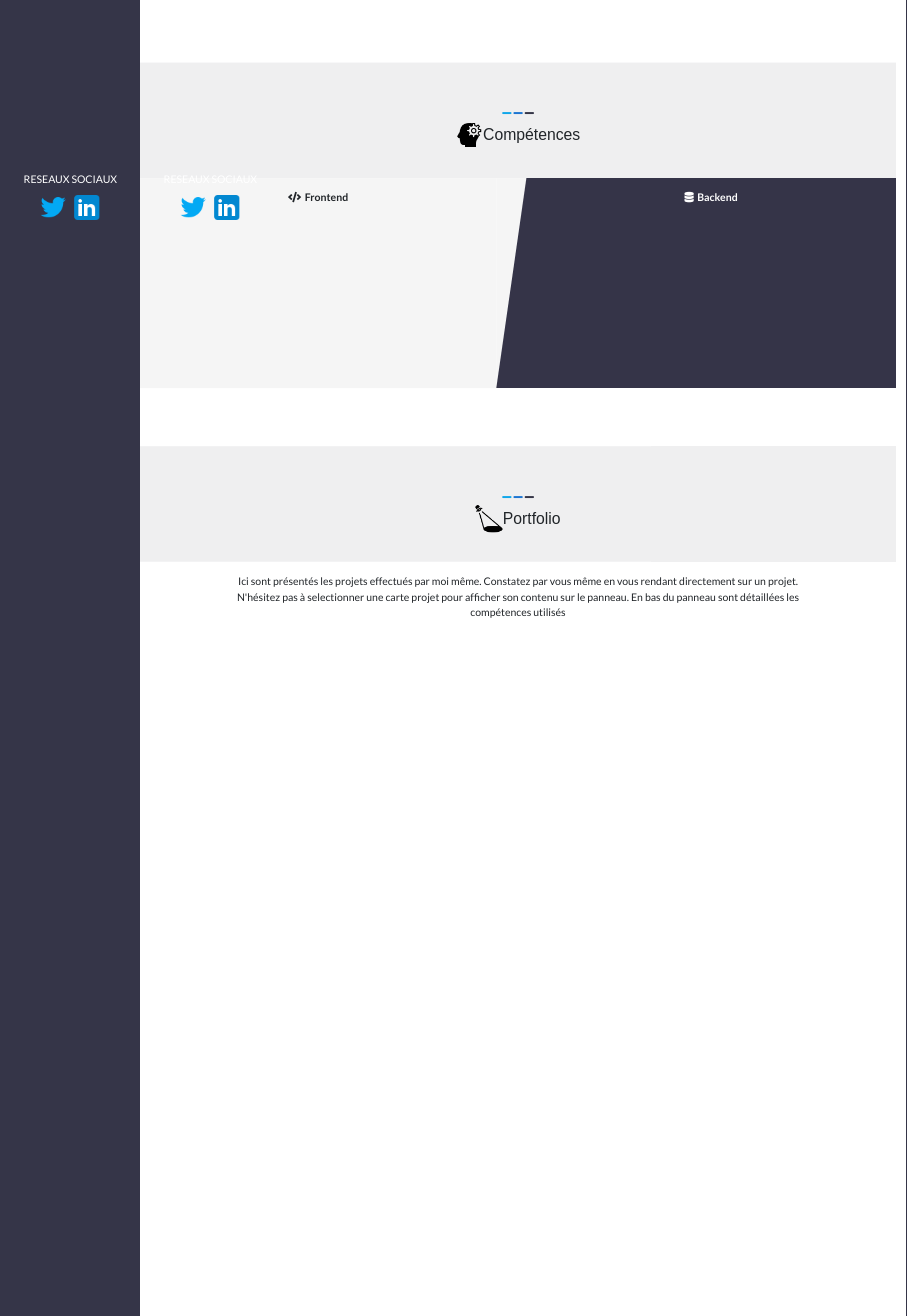
Repository: Nicolas-al/alliaumen
Page: templates/main/index.html.twig
An editor plug-in stored every save of this project. The page is shown before and after the next save, followed by the edit.
The browser window is 1280 px wide. The page is 1295 px wide, so the pictures cover 1295 px, including what lies to the right of the window. The pictures show the part of the page from y = 359 to 2239 px (the page is 3258 px tall before and 3063 px after), at 70% of full size.
Some web fonts or font styles are not loaded; a fallback is used. Some web libraries are served in a nearby version. The page is a Twig template of a Symfony application; nobody is signed in and links lead nowhere. Other server files are loaded and not shown. The template is opened directly, without the code that normally fills it, so the values that code supplies are empty.

Above is the page before, as saved 2020-10-10 17:29:37.

### templates/main/index.html.twig
{% extends 'base.html.twig' %}


{% block body %}
    <div class="wrapper">
        <nav id="sidebar">
        {% include 'main/aside.html.twig' %}
        </nav>
        <div class="content">
            <div class="col-lg-12 mt-5" id="header">
                    <div class="row">
                        <div class="col-lg-3 col-sm-3 offset-md-1" id="block_photo">
                            <img src="{{ asset('images/29273464-photo-de-profil-avatar.jpg') }}" alt="image de profil" style="width : inherit">
                        </div>
                        <div class="col-lg-8 col-sm-8" id="block_profil">
                            <div class="text-center d-flex" id="profil">
                                <div class="block-down">
                                    <i class="fas fa-angle-double-down double-down"></i>
                                </div>
                                <div class="from-center">Mon profil</div>
                            </div>
                            <ul class="list-group list-group-flush" id="profil_panel">
                                <li class="list-group-item">Diplôme : Master Sociologie Rennes 2</li>
                                <li class="list-group-item list-group-item-secondary">Age : 29</li>
                                <li class="list-group-item">Formation Web : Openclassroom</li>
                                <li class="list-group-item list-group-item-secondary">Intitulé : Developpeur Web Junior</li>
                                <li class="list-group-item">Parcours : Virage à 180, non pas par dégoût bien au contraire, j'ai acquis des connaisances importantes. J'ai découvert ce domaine et voyez la suite de ce site par vous même. </li>
                            </ul>
                        </div>
                    </div>
            </div>
            <div id="block_competences">
                    <div class="block_title">
                        <div class="title_elmt">
                            <div class="minus_block">
                                <i class="fas fa-minus minus_one"></i>
                                <i class="fas fa-minus minus_two"></i>
                                <i class="fas fa-minus minus_three"></i>
                            </div>
                            <div class="title">
                                <img src="{{ asset('images/icons/icon-skills.png') }}" alt="icon d'une tête d'humain" class="" />
                                <h4>Compétences</h4>
                            </div>
                        </div>
                    </div>

                    <div id="skills">
                        <div class="h-50" id="front">
                            <div class="skills col-lg-12">
                                <div class="row h-100">
                                    <div class="col-lg-12 d-flex mt-2 justify-content-center skills-title">
                                        <i class="fas fa-code"></i>
                                        <p class="align-title"><strong>Frontend</strong></p>
                                    </div>
                                    <div class="col-lg-12 mt-2" id="text_black">
                                        <div class="row text-center">
                                        {% for skill in skills %}
                                            {% if skill.type == "Frontend" %}
                                                <div class="col-lg-4 col-sm-4 logo-skills">
                                                {% if skill.logo %}
                                                    <img src="{{ vich_uploader_asset( skill, 'logoFile') | imagine_filter('small_thumb')}}" alt="">
                                                {% endif %}
                                                    <p> {{ skill.name }} </p>
                                                </div>
                                            {% endif %}
                                        {% endfor %}
                                        </div>
                                    </div>
                                </div>
                            </div>
                        </div>
                        <div class="h-50" id="back">
                            <div class="skills col-lg-12">
                                <div class="row h-100">
                                    <div class="col-lg-12 d-flex justify-content-center mt-2 skills-title">
                                        <i class="fas fa-database text-white"></i>
                                        <p class="align-title text-white"><strong>Backend</strong></p>
                                    </div>
                                    <div class="col-lg-12 mt-2 text-white" id="text_white">
                                        <div class="row text-center">
                                            {% for skill in skills %}
                                                {% if skill.type == "Backend" %}
                                                    <div class="col-lg-4 col-sm-4 logo-skills" >
                                                    {% if skill.logo %}
                                                        <img src="{{ vich_uploader_asset( skill, 'logoFile') | imagine_filter('small_thumb')}}" alt="">
                                                    {% endif %}
                                                        <p> {{ skill.name }} </p>
                                                    </div>
                                                {% endif %}
                                            {% endfor %}
                                        </div>
                                    </div>
                                </div>
                            </div>
                        </div>
                    </div>
            </div>
            <div class="mt-5" id="block_portfolio">

                <div class="col-lg-12 block_title mb-3">
                    <div class="title_elmt">
                        <div class="minus_block">
                            <i class="fas fa-minus minus_one"></i>
                            <i class="fas fa-minus minus_two"></i>
                            <i class="fas fa-minus minus_three"></i>
                        </div>
                        <div class="title">
                            <img src="{{ asset('images/icons/icon-portfolio.png') }}" alt="lampe qui éclair" class="" />
                            <h4>Portfolio</h4>
                        </div>
                    </div>
                </div>
                <div class="offset-lg-1 col-lg-10 offset-sm-1 col-sm-10" id="para_portfolio">
                    <p> Ici sont présentés les projets effectués par moi même. Constatez par vous même en vous rendant directement sur un projet. N'hésitez pas à selectionner une carte projet pour afficher son contenu sur le panneau. En bas du panneau sont détaillées les compétences utilisés</p>
                </div>
                <div class="d-flex m-auto block_slides">

                    {% for project in portfolio %}

                    <div class="panel_project">
                        <div class="description_project">
                            <div class="">
                                <div class="col-lg-12">
                                    <h4>{{ project.title }}</h4>
                                </div>
                                <div class="col-lg-12">
                                    <p> {{ project.description }}</p>
                                </div>
                            </div>
                        </div>
                        <div class="project">
                            <img src="{{ vich_uploader_asset(project, 'imageFile') | imagine_filter('slider_thumb')}}" alt="image projet">
                        </div>
                        <div class="skills_project">
                            <div class="row">
                                <div class="col-lg-12">
                                    <p> <span>Compétences utilisées :</span> {{ project.skills }}</p>
                                </div>
                            </div>
                        </div>
                        <div class="project_link">
                                <a href="{{ path('portfolio', {'id' : project.id})  }}" class="text-white"> voir la page projet </a>
                        </div>
                    </div>

                    {% endfor %}
                </div>

                <div class="col-lg-12" id="block_project_card">
                    <div class="row" id="projects_cards">

                        {% for project in portfolio %}

                        <div class="project_card">
                            <div class="project_content">
                                <h6> {{ project.title }} </h6>
                                <img src="{{ vich_uploader_asset( project, 'imageFile') | imagine_filter('medium_thumb')}}" alt="">
                                <p> {{ project.description }} </p>
                                <p> {{ project.skills }} </p>
                            </div>
                        </div>

                        {% endfor %}

                    </div>
                </div>
            </div>
            <div id="block_contact">
                <div class="col-lg-12 block_title">
                    <div class="title_elmt">
                        <div class="minus_block">
                            <i class="fas fa-minus minus_one"></i>
                            <i class="fas fa-minus minus_two"></i>
                            <i class="fas fa-minus minus_three"></i>
                        </div>
                        <div class="title">
                            <img src="{{ asset('images/icons/icon-contact-de-messagerie.png') }}" alt="icon d'une tête d'humain" class="" />
                            <h4>Contact</h4>
                        </div>
                    </div>
                </div>
                <div class="col-lg-12 pl-5">

                    <address>
                        <p class="d-inline"> Email : </p>
                        <a href="mailto:alliaume.nicolas@gmail.com">alliaume.nicolas@gmail.com</a><br>
                    </address>
                </div>
                <p class="col-lg-12 pl-5">
                    Laissez moi un message si vous le souhaitez après avoir cliqué sur le bouton ci-dessous.
                </p>
                <div class="col-lg-12 pl-5">
                    <button class="button" id="form_button">
                        <a href="#contact_form" id="form_link" class="font-weight-bold text-white">
                        laisser un message</a>
                    </button>
                </div>

            </div>
            <div>
            {% include 'contact/index.html.twig' %}
            </div>

        </div>
    </div>
    <div>
       {% include 'main/footer.html.twig' %}
    </div>
{% endblock %}


{% block footer %}

{% endblock %}

### templates/base.html.twig
<!DOCTYPE html>
<html>
    <head>
        <lang="fr">
        <meta charset="UTF-8">
        <meta name="viewport" content="width=device-width, initial-scale=1">
        <!-- Open Graph data -->
        <meta name="description" content="Portfolio developpeur Web"/>
        <link rel="canonical" href="http://alliaumen.com/" />
        <meta property="og:locale" content="fr_FR" />
        <meta property="og:type" content="website" />
        <meta property="og:title" content="Portfolio Nicolas-A" />
        <meta property="og:description" content="Portfolio présentant l'ensemble de mes compétences ainsi que les projets effectués dans le Developpement Web" />
        <meta property="og:url" content="http://alliaumen.com/" />
        <meta property="og:site_name" content="Portfolio Nicolas-A" />

        <!-- Twitter cards -->

        <meta name="twitter:card" content="summary_large_image" />
        <meta name="twitter:description" content="Portfolio présentant l'ensemble de mes compétences ainsi que les projets effectués dans le Developpement Web" />
        <meta name="twitter:title" content="Portfolio Nicolas-A | Compétences et projets personnel dans le developpement web" />
        <meta name="twitter:site" content="@PortfolioNA" />
        <meta name="twitter:image" content="https://blog.octopulse.io/wp-content/uploads/2019/05/logo-seul-couleur@2x-e1556899421228.png" />

        <title>{% block title %}Projet5!{% endblock %}</title>
        {% block stylesheets %}
        <link type="text/css" rel="stylesheet" href="{{ asset('/css/style.css') }}" />
        <link type="text/css" rel="stylesheet" href="{{ asset('/css/project.css') }}" />
        <link rel="stylesheet" href="https://bootswatch.com/4/flatly/bootstrap.min.css">
        <link rel="stylesheet" href="https://cdnjs.cloudflare.com/ajax/libs/font-awesome/5.9.0/css/all.css">
        <link href="https://fonts.googleapis.com/css2?family=Oswald&family=Philosopher&family=Roboto&family=Crete+Round&family=Dosis:wght@600&family=Merienda:wght@700&display=swap" rel="stylesheet">
        <script src="https://code.jquery.com/jquery-3.5.1.min.js" integrity="sha256-9/aliU8dGd2tb6OSsuzixeV4y/faTqgFtohetphbbj0=" crossorigin="anonymous"></script>
        <script src="{{ asset('js/accueil/profil.js') }}"></script>
        <script src="{{ asset('js/accueil/skills.js') }}"></script>
        <script src="{{ asset('js/accueil/slider.js') }}"></script>
        <script src="{{ asset('js/accueil/contact.js') }}"></script>

        {% endblock %}
    </head>
    <body>

            {# {% block aside %}{% endblock %} #}
            {% block body %}{% endblock %}
            {% block javascripts %}{% endblock %}
            <footer>
            {% block footer %}{% endblock %}
            </footer>
            <script src="{{ asset('js/portfolio/deleteCom.js') }}"></script>
            <script src="{{ asset('js/portfolio/banIp.js') }}"></script>
    </body>
</html>

### templates/main/aside.html.twig

    {% block sidebar %}
            <div class="sidebar-header">
                <h3 class="text-center">Nicolas Alliaume</h3>
                <h4 class="text-center">Dev Junior</h4>
            </div>
            <div class="navbar navbar-expand text-center">
                <ul class="nav" style="width: -webkit-fill-available">
                    <li class="nav-item active"><a href="/#" class="nav-link text-white">Accueil</a></li>
                    <li class="nav-item"><a href="/#block_competences" class="nav-link text-white">Compétences</a></li>
                    <li class="nav-item"><a href="/#block_portfolio" class="nav-link text-white">Portfolio</a></li>
                    <li class="nav-item"><a href="/#block_contact" class="nav-link text-white">Contatct</a></li>
                </ul>
            </div>
            <div class="block_network">
                <h6>RESEAUX SOCIAUX</h6>
                <div class="d-flex justify-content-center">
                    <img class="" src="{{ asset('images/icons/icon-twitter.png') }}" alt="icon de twitter">
                    <img src="{{ asset('images/icons/icon-linkedin.png') }}" alt="icon de linkedin">
                </div>
            </div>
    {% endblock %}

### templates/contact/index.html.twig

{% include 'main/aside.html.twig' %}
<div class="modal_contact">
    <div class="row" id="contact_form">
        <div class="col-lg-4 offset-lg-4 text-center">
            <h1>
            Contact
            </h1>
        </div>
    </div>
    <div class="container">
        <div class="row">
            <div class="col-lg-6 mx-auto" id="contact_block">
                    <div class="form-group">
                        <label for="name">Nom</label>
                        <input type="text" class="form-control" name="name" id="name">
                        <small id="emailHelp" class="form-text text-muted"></small>
                    </div>
                    <div class="form-group">
                        <label for="firstname">Prénom</label>
                        <input type="text" class="form-control" id="firstname">
                    </div>
                    <div class="form-group">
                        <label for="mail">Email</label>
                        <input type="mail" class="form-control" id="mail">
                    </div>
                    <div class="form-group">
                        <label for="message">Message</label>
                        <textarea type="textarea" class="form-control" rows="10" id="message"></textarea>
                    </div>

                    <a class="button font-weight-bold text-white" id="button_form" href="#contact_form">Envoyer</a>
                    <p id="errors_form"></p>
            </div>
        </div>
    </div>
</div>

### templates/main/footer.html.twig
  {% block footer %}
                <footer class="row">
                    <div class="col-lg-12 mb-5 mt-5 text-center">
                        <a href="{{ path("mentions") }}" class="text-white">Mentions légales</a>
                    </div>
                    <div class="col-lg-12 text-dark copyright">
                            <p class="text-center">Tous droits réservés © Nicolas ALLIAUME 2020 - Portfolio numérique</p>

                    </div>
                </footer>
{% endblock %}

### public/css/project.css
/* ------------ Project Page -------------- */

h1{
    text-align: center;
    margin: 4%;
}
.project_page p{
    font-size: 1.1em;
    margin: 4% 0%;
    text-align: center;
}
.content{
    width: 100%;
}
figure{
    text-align: center;
}
figure img{
    box-shadow: 2px 2px 13px;
    width: 100%;
}
figure .btn{
    background: #353648;
    margin-top: 20px;
}
figure a{
    color: white;
}
figcaption{
    margin-top: 10px;
}
#comment_block{
    margin-bottom: 30px;
}
#comments{
    margin-bottom: 9%;
    margin-top: 4%;
}
#comments .comment{
    margin-bottom: 30px;
    border: 1px gainsboro;
    box-shadow: 1px 1px 5px;
}
#author_comment{
background-color: #353648;
color :white
}
#content_comment{
background-color: #ffffff;
padding: 9px 10px;
}

Loaded but not shown: public/js/accueil/contact.js (47 lines, source omitted); public/js/accueil/slider.js (51 lines, source omitted); public/js/accueil/profil.js (27 lines, source omitted); public/js/portfolio/deleteCom.js (19 lines, source omitted); public/js/portfolio/banIp.js (17 lines, source omitted); public/css/style.css (569 lines, source omitted)

After the next save:
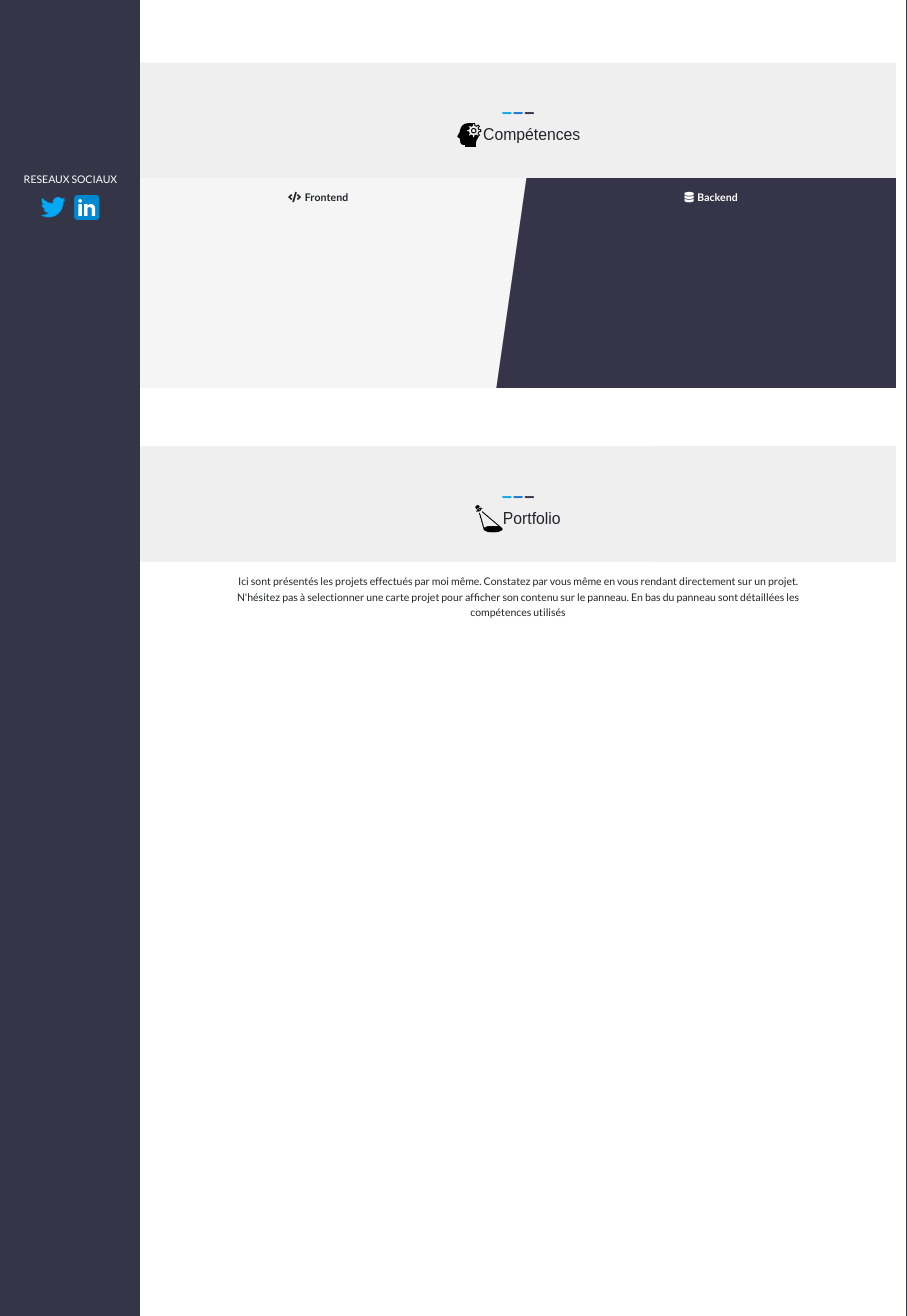
Saved 3 min 23 s later.
--- a/templates/contact/index.html.twig
+++ b/templates/contact/index.html.twig
@@ -1,5 +1,4 @@
 
-{% include 'main/aside.html.twig' %}
 <div class="modal_contact">
     <div class="row" id="contact_form">
         <div class="col-lg-4 offset-lg-4 text-center">
